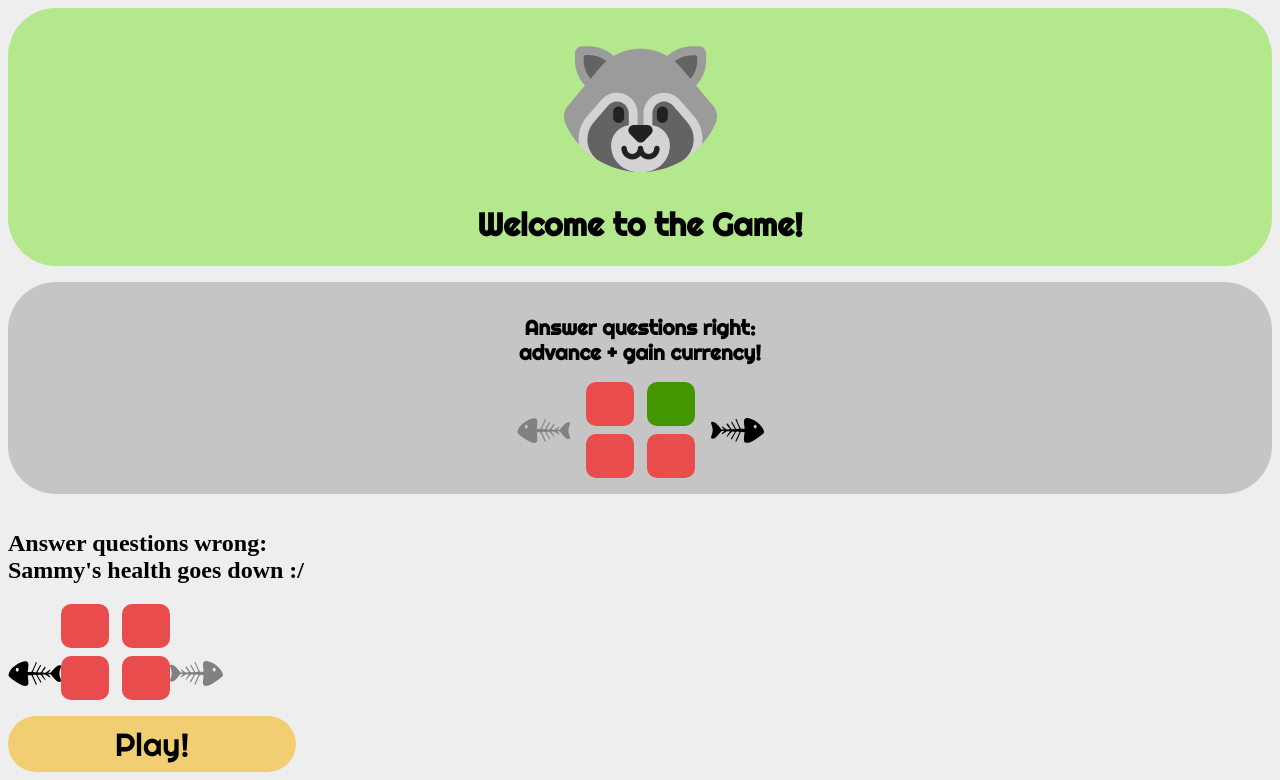
Repository: alemunden/Trash-Scavengers
Page: /QuizTutorial
The author's editor kept a copy of each file at every save. The page is drawn from the files as they stood at one save, then again after the next save.
The browser window is 1280 px wide. The pictures show the whole page.
The project was rebuilt for these pictures with package versions that can differ from the ones it lists, and the page was loaded fresh each time. The framework's server and built-in components were replaced by stand-ins that run in the browser. Also part of the build but not shown: next.config.mjs.

Above is the page before, as saved 2024-04-08 11:35:19.

After the next save:
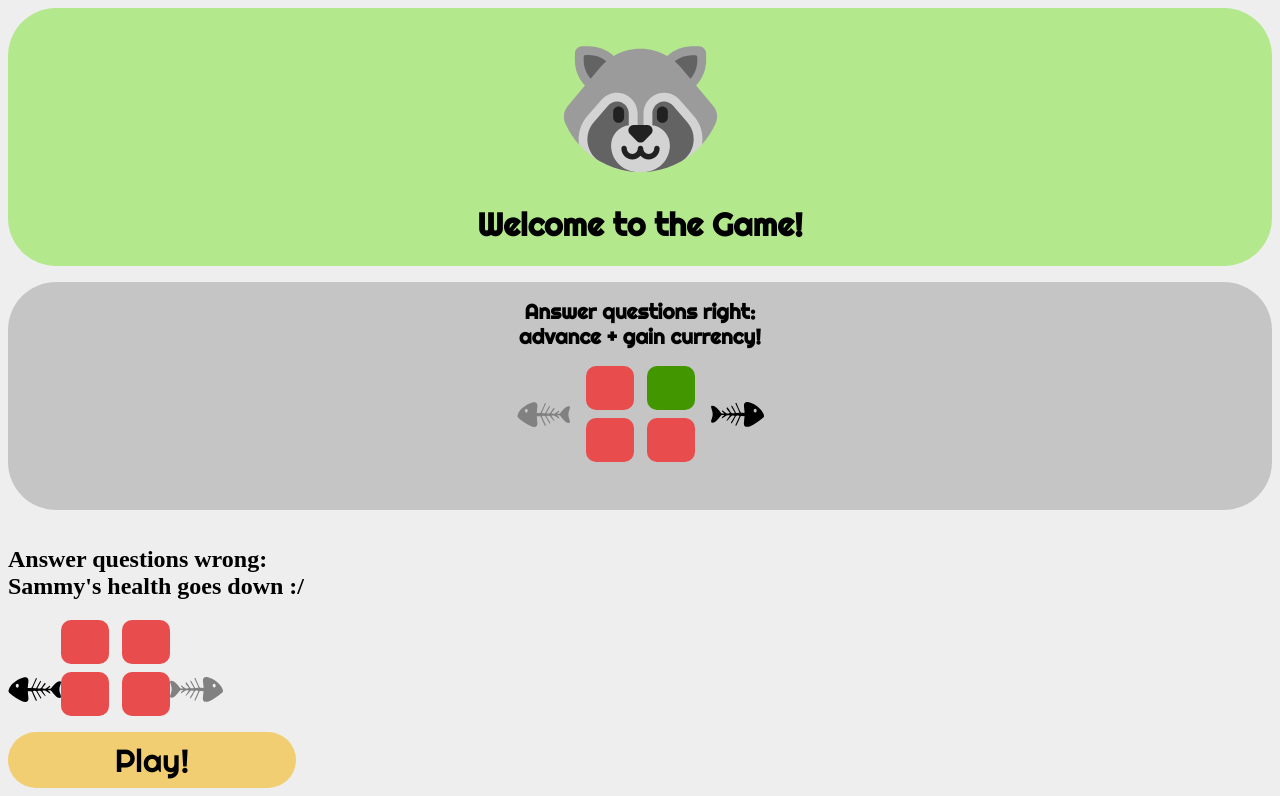
Saved 14 s later.
--- a/styles/QuizTutorial.module.css
+++ b/styles/QuizTutorial.module.css
@@ -24,7 +24,7 @@
     flex-direction: column;
     align-items: center;
     border-radius: 3rem;
-    padding: 1rem;
+    padding-bottom: 3rem;
 }
 
 .answerRightHeader {
